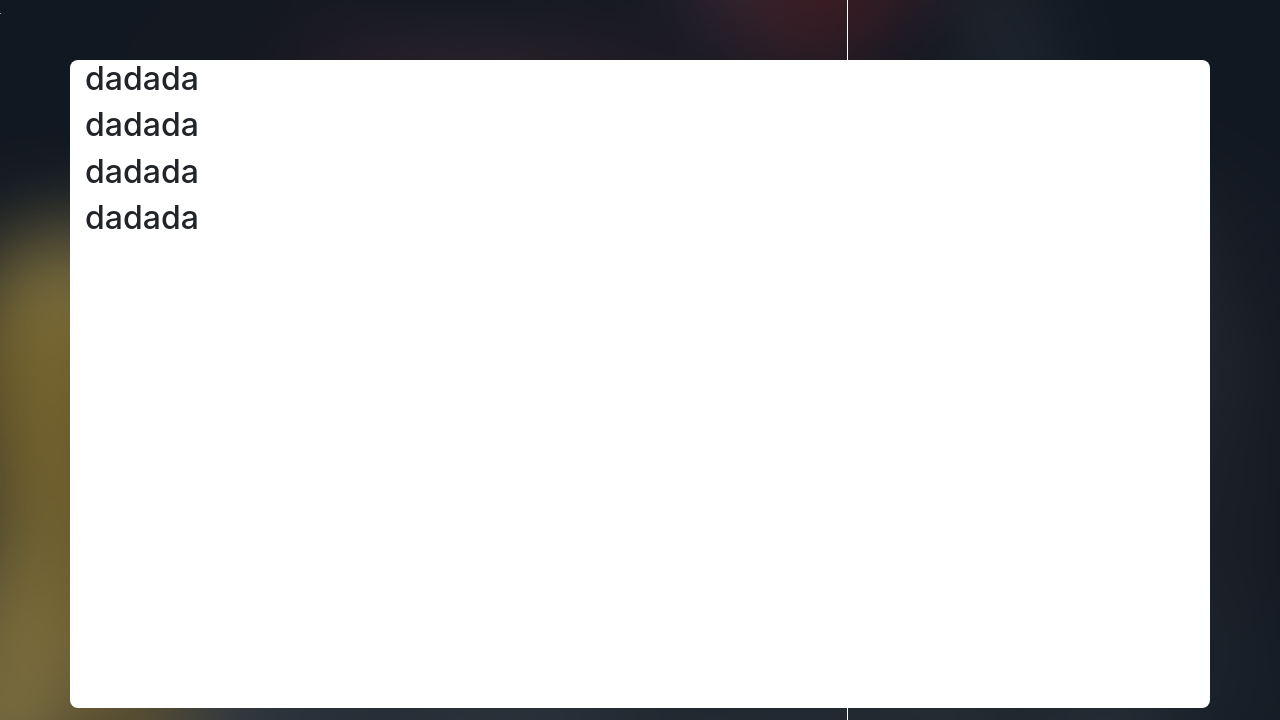
Repository: Yondo202/svProject
Page: /
The author's editor kept a copy of each file at every save. The page is drawn from the files as they stood at one save, then again after the next save.
The browser window is 1280 px wide. The pictures show the whole page.
The project was rebuilt for these pictures with package versions that can differ from the ones it lists, and the page was loaded fresh each time. The framework's server and built-in components were replaced by stand-ins that run in the browser. Also part of the build but not shown: next.config.js.

Above is the page before, as saved 2020-11-18 17:32:21.

After the next save:
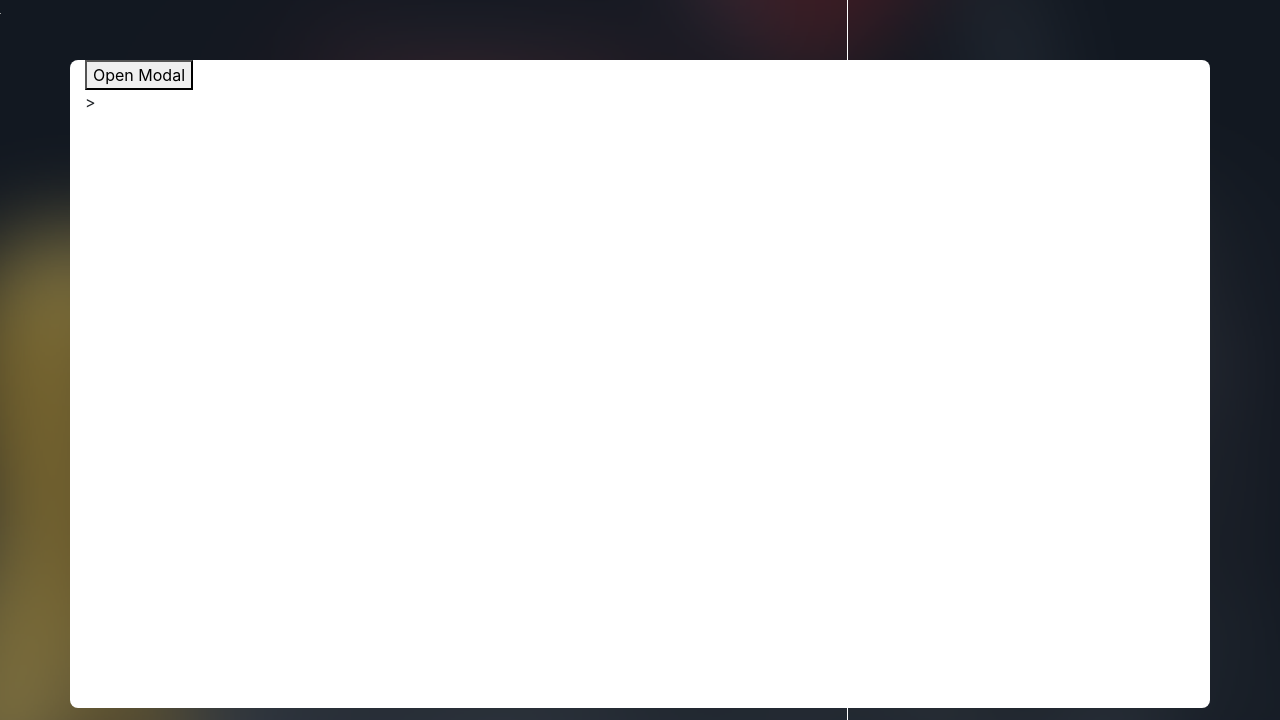
Saved 32 s later.
--- a/components/Forms.js
+++ b/components/Forms.js
@@ -31,10 +31,28 @@ function Forms() {
 
     return (
         <Conainer style={{backgroundColor:"white"}} className="container">
-            <h2>dadada</h2>
-            <h2>dadada</h2>
-            <h2>dadada</h2>
-            <h2>dadada</h2>
+                 <div>
+        <button onClick={openModal}>Open Modal</button>
+        <Modal
+          isOpen={modalIsOpen}
+          onAfterOpen={afterOpenModal}
+          onRequestClose={closeModal}
+          style={customStyles}
+          contentLabel="Example Modal"
+        >
+
+          <h2 ref={_subtitle => (subtitle = _subtitle)}>Hello</h2>
+          <button onClick={closeModal}>close</button>
+          <div>I am a modal</div>
+          <form>
+            <input />
+            <button>tab navigation</button>
+            <button>stays</button>
+            <button>inside</button>
+            <button>the modal</button>
+          </form>
+        </Modal>
+      </div>>
         </Conainer>
     )
 }
